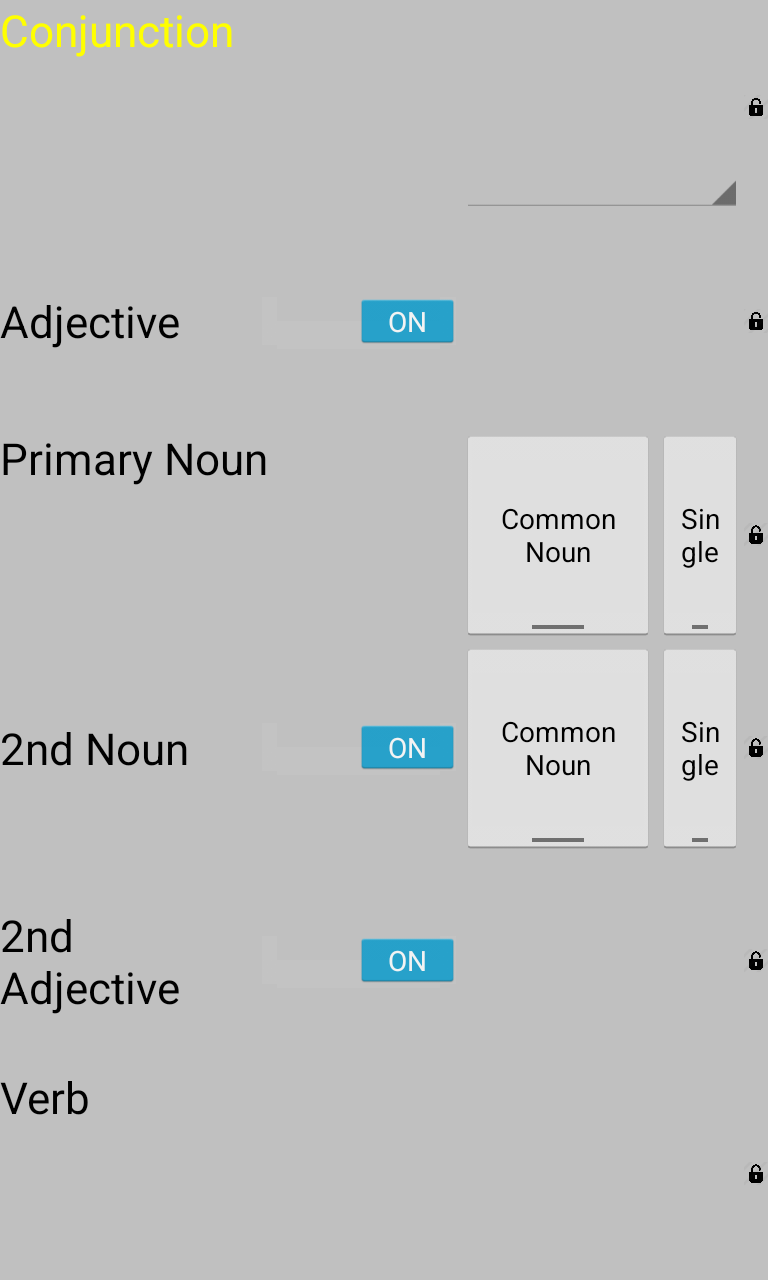
Repository: TheDizzler/TableTopTools
Layout: RPGTools/res/layout/fragment_cause_controls.xml
The author's editor kept a copy of each file at every save. The layout is drawn from the files as they stood at one save, then again after the next save.
It is drawn on a 768 x 1280 px phone screen (xhdpi) without system bars, with theme AppTheme; the app's code is not run.

Above is the layout before, as saved 2017-03-26 19:31:35.

### RPGTools/res/layout/fragment_cause_controls.xml
<?xml version="1.0" encoding="utf-8"?>
<TableLayout xmlns:android="http://schemas.android.com/apk/res/android"
    android:layout_width="match_parent"
    android:layout_height="match_parent"
    android:background="#C0C0C0"
    android:measureWithLargestChild="true"
    android:orientation="vertical"
    android:weightSum="6" >

    <TableRow
        android:id="@+id/tableRow1_conjunction"
        android:layout_width="match_parent"
        android:layout_height="wrap_content"
        android:layout_weight="1"
        android:weightSum="4" >

        <TextView
            android:id="@+id/textView1"
            android:layout_width="wrap_content"
            android:layout_height="match_parent"
            android:layout_span="1"
            android:layout_weight="1"
            android:text="Conjunction"
            android:textAppearance="?android:attr/textAppearanceLarge"
            android:textColor="#FFFFFF00" />

        <Spinner
            android:id="@+id/spinner_Conjunctions"
            android:layout_width="wrap_content"
            android:layout_height="match_parent"
            android:layout_span="2"
            android:layout_weight="1" />

        <ImageView
            android:id="@+id/lockBtn_conj"
            android:layout_width="32dp"
            android:layout_height="match_parent"
            android:layout_span="1"
            android:layout_weight="1"
            android:src="@drawable/unlocked" />
    </TableRow>

    <TableRow
        android:id="@+id/tableRow2_primaryAdj"
        android:layout_width="match_parent"
        android:layout_height="wrap_content"
        android:layout_weight="1"
        android:weightSum="4" >

        <Switch
            android:id="@+id/switch_primaryAdjective"
            android:layout_width="wrap_content"
            android:layout_height="match_parent"
            android:layout_span="1"
            android:layout_weight="1"
            android:checked="true"
            android:text="Adjective"
            android:textAppearance="?android:attr/textAppearanceLarge" />

        <Spinner
            android:id="@+id/spacer1"
            android:layout_width="wrap_content"
            android:layout_height="match_parent"
            android:layout_span="2"
            android:layout_weight="1"
            android:visibility="invisible" />

        <ImageView
            android:id="@+id/lockBtn_primaryAdj"
            android:layout_width="32dp"
            android:layout_height="match_parent"
            android:layout_span="1"
            android:layout_weight="1"
            android:src="@drawable/unlocked" />
    </TableRow>

    <TableRow
        android:id="@+id/tableRow3_primaryNoun"
        android:layout_width="match_parent"
        android:layout_height="wrap_content"
        android:layout_weight="1"
        android:weightSum="4" >

        <TextView
            android:id="@+id/textView3"
            android:layout_width="wrap_content"
            android:layout_height="match_parent"
            android:layout_span="1"
            android:layout_weight="1"
            android:text="Primary Noun"
            android:textAppearance="?android:attr/textAppearanceLarge" />

        <ToggleButton
            android:id="@+id/toggleBtn_primaryNounProper"
            android:layout_width="wrap_content"
            android:layout_height="match_parent"
            android:layout_span="1"
            android:layout_weight="1"
            android:textOff="Common Noun"
            android:textOn="Proper Noun" />

        <ToggleButton
            android:id="@+id/toggleBtn_primaryNounPlural"
            android:layout_width="wrap_content"
            android:layout_height="match_parent"
            android:layout_span="1"
            android:layout_weight="1"
            android:textOff="Single"
            android:textOn="Plural" />

        <ImageView
            android:id="@+id/lockBtn_primaryNoun"
            android:layout_width="32dp"
            android:layout_height="match_parent"
            android:layout_span="1"
            android:layout_weight="1"
            android:src="@drawable/unlocked" />
    </TableRow>

    <TableRow
        android:id="@+id/tableRow4_secondaryNoun"
        android:layout_width="match_parent"
        android:layout_height="wrap_content"
        android:layout_weight="1"
        android:weightSum="4" >

        <Switch
            android:id="@+id/switch_secondaryNoun"
            android:layout_width="wrap_content"
            android:layout_height="match_parent"
            android:layout_span="1"
            android:layout_weight="1"
            android:checked="true"
            android:text="2nd Noun"
            android:textAppearance="?android:attr/textAppearanceLarge" />

        <ToggleButton
            android:id="@+id/toggleBtn_secondaryNounProper"
            android:layout_width="wrap_content"
            android:layout_height="match_parent"
            android:layout_span="1"
            android:layout_weight="1"
            android:textOff="Common Noun"
            android:textOn="Proper Noun" />

        <ToggleButton
            android:id="@+id/toggleBtn_secondaryNounPlural"
            android:layout_width="wrap_content"
            android:layout_height="match_parent"
            android:layout_span="1"
            android:layout_weight="1"
            android:textOff="Single"
            android:textOn="Plural" />

        <ImageView
            android:id="@+id/lockBtn_secondaryNoun"
            android:layout_width="32dp"
            android:layout_height="match_parent"
            android:layout_span="1"
            android:layout_weight="1"
            android:src="@drawable/unlocked" />
    </TableRow>

    <TableRow
        android:id="@+id/tableRow5_secondaryAdj"
        android:layout_width="match_parent"
        android:layout_height="wrap_content"
        android:layout_weight="1"
        android:weightSum="4" >

        <Switch
            android:id="@+id/switch_secondaryAdjective"
            android:layout_width="wrap_content"
            android:layout_height="match_parent"
            android:layout_span="1"
            android:layout_weight="1"
            android:checked="true"
            android:text="2nd Adjective"
            android:textAppearance="?android:attr/textAppearanceLarge" />

        <Spinner
            android:id="@+id/spacer2"
            android:layout_width="wrap_content"
            android:layout_height="match_parent"
            android:layout_span="2"
            android:layout_weight="1"
            android:visibility="invisible" />

        <ImageView
            android:id="@+id/lockBtn_secondaryAdjective"
            android:layout_width="32dp"
            android:layout_height="match_parent"
            android:layout_span="1"
            android:layout_weight="1"
            android:src="@drawable/unlocked" />
    </TableRow>

    <TableRow
        android:id="@+id/tableRow6_causeVerb"
        android:layout_width="match_parent"
        android:layout_height="wrap_content"
        android:layout_weight="1"
        android:weightSum="4" >

        <TextView
            android:id="@+id/textView_causeVerb"
            android:layout_width="wrap_content"
            android:layout_height="match_parent"
            android:layout_span="1"
            android:layout_weight="1"
            android:text="Verb"
            android:textAppearance="?android:attr/textAppearanceLarge" />

        <Spinner
            android:id="@+id/spacer3"
            android:layout_width="wrap_content"
            android:layout_height="match_parent"
            android:layout_span="2"
            android:layout_weight="1"
            android:visibility="invisible" />

        <ImageView
            android:id="@+id/lockBtn_causeVerb"
            android:layout_width="32dp"
            android:layout_height="match_parent"
            android:layout_span="1"
            android:layout_weight="1"
            android:src="@drawable/unlocked" />
    </TableRow>

</TableLayout>

Loaded but not shown: RPGTools/res/values/styles.xml (common file); RPGTools/res/values-v11/styles.xml (common file); RPGTools/res/values-v14/styles.xml (common file)

After the next save:
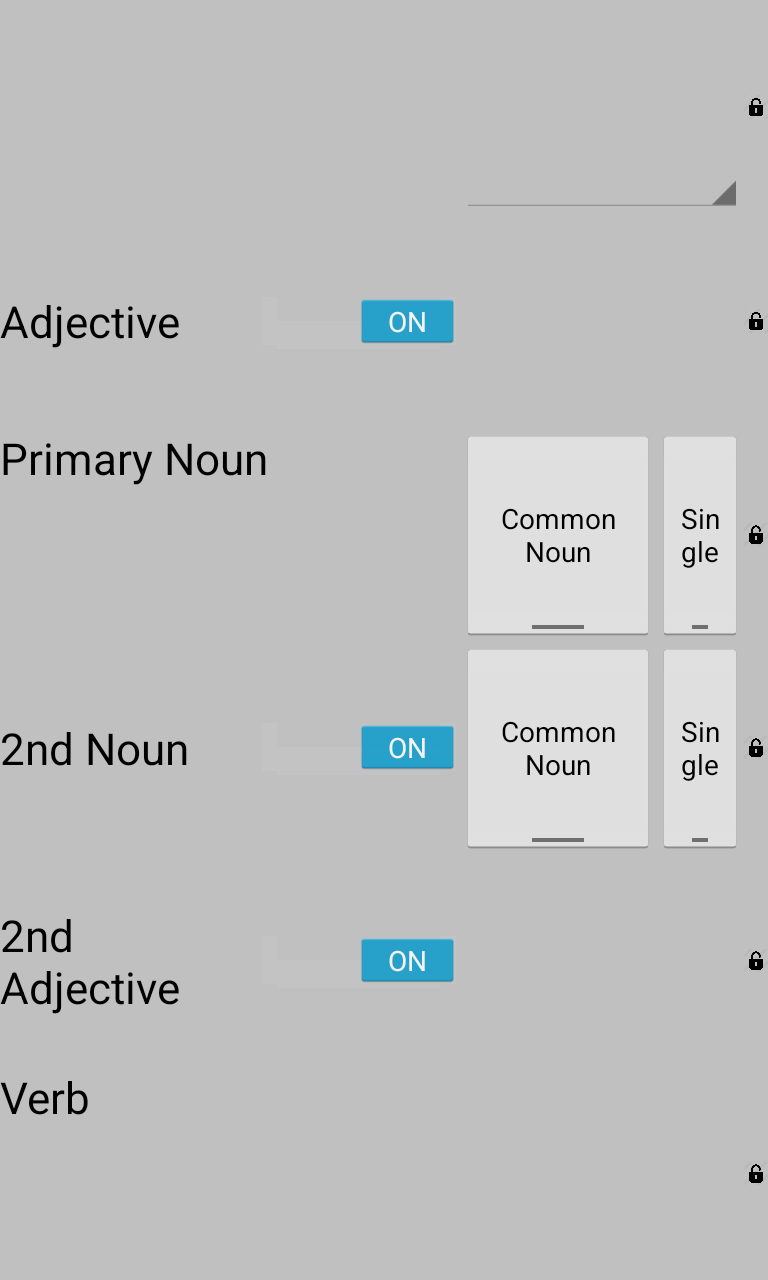
Saved 11 s later.
--- a/RPGTools/res/layout/fragment_cause_controls.xml
+++ b/RPGTools/res/layout/fragment_cause_controls.xml
@@ -20,7 +20,7 @@
             android:layout_height="match_parent"
             android:layout_span="1"
             android:layout_weight="1"
-            android:text="Conjunction"
+            android:textColorHighlight="Conjunction"
             android:textAppearance="?android:attr/textAppearanceLarge"
             android:textColor="#FFFFFF00" />
 
